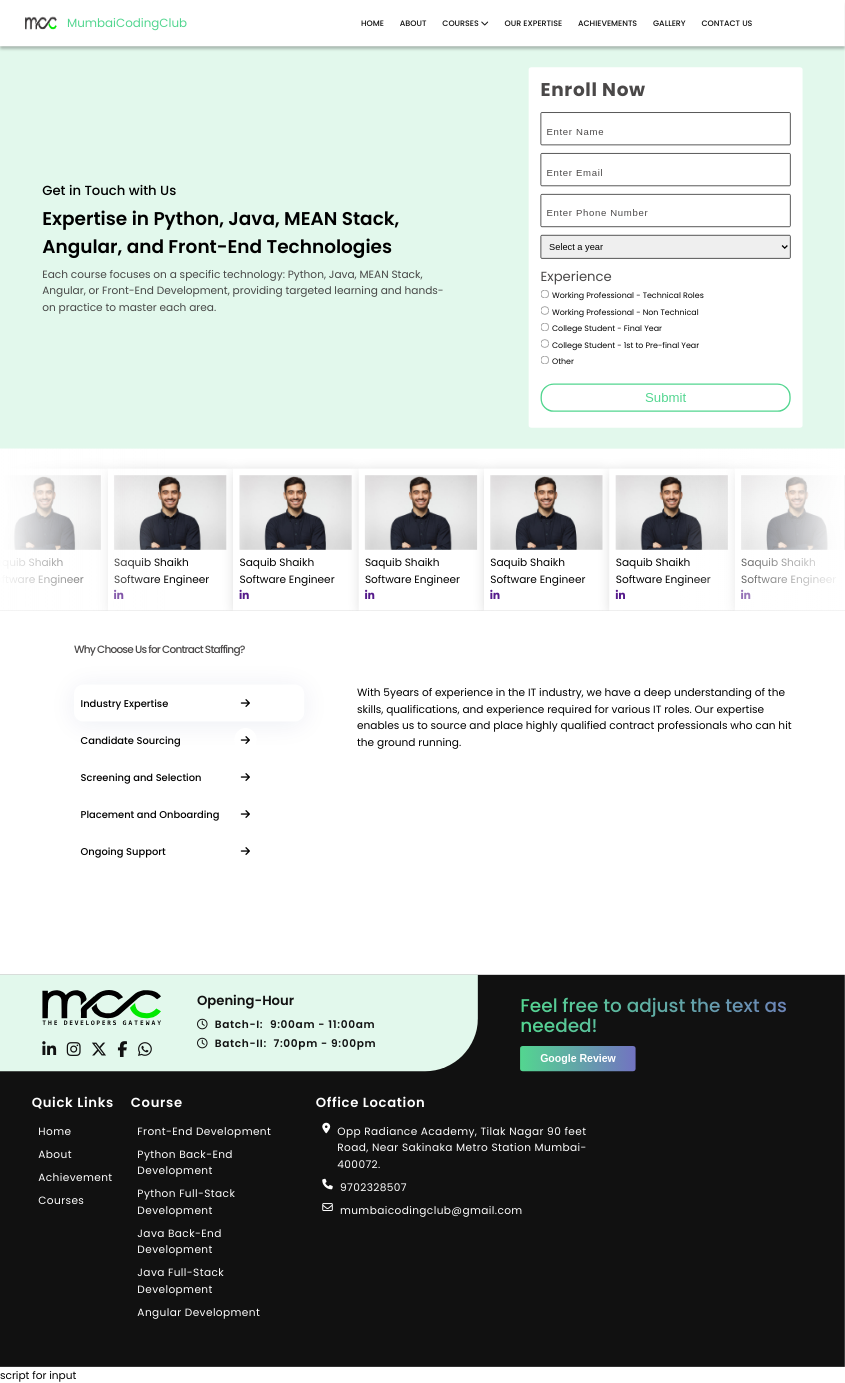
Repository: msmsa2001/mcc-theme
Page: contact.html
These files come from the project's save history. The page is drawn as it stood at one moment and after the next save; the edit follows.
The browser window is 1280 px wide. The pictures show the whole page, at 66% of full size.
Pictures or frames that could not be fetched are drawn as grey boxes.

Above is the page before, as saved 2024-07-26 03:01:02.
Console error: TypeError: Cannot read properties of null (reading 'querySelector')

After the next save:
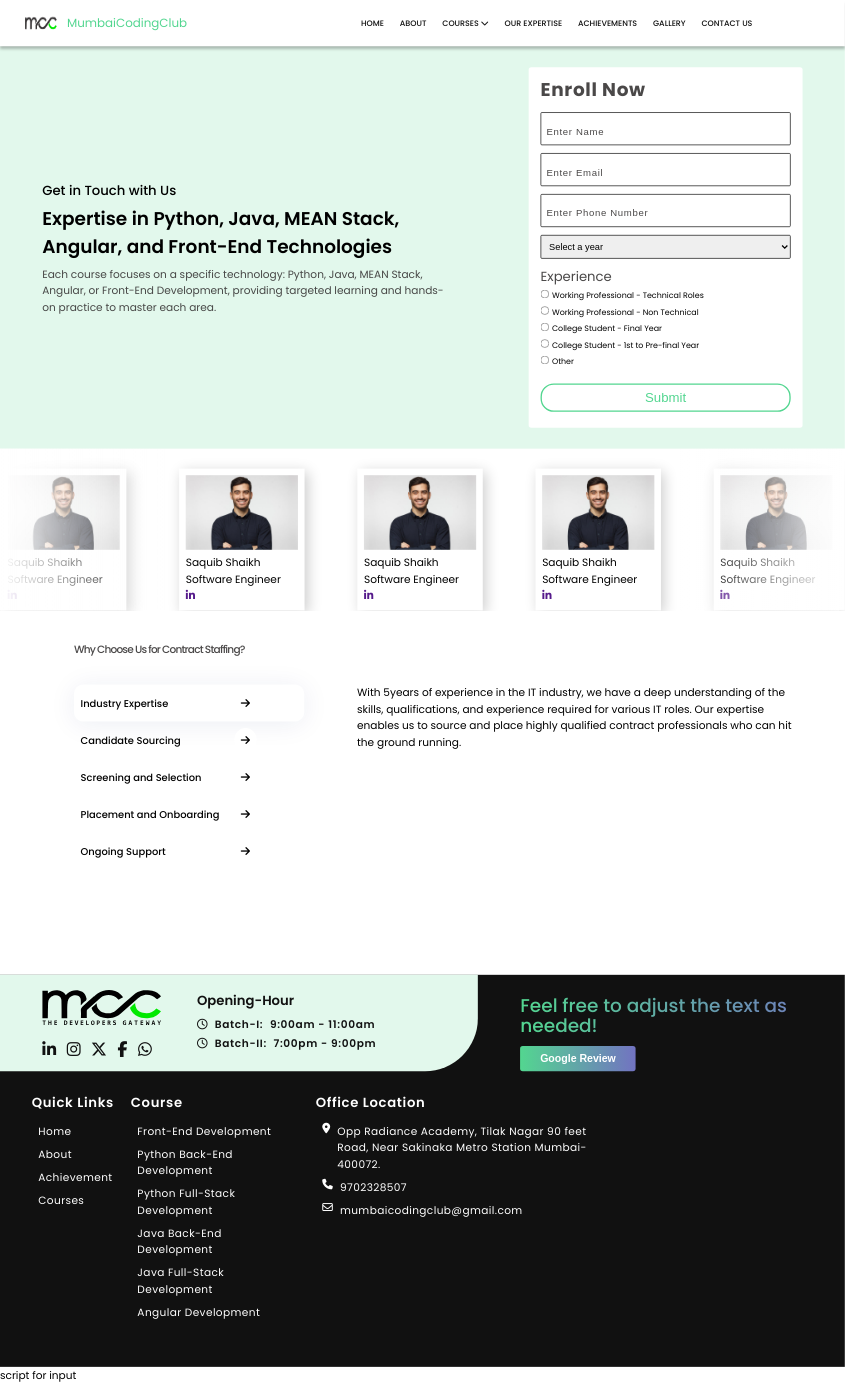
Saved 7 s later.
--- a/contact.css
+++ b/contact.css
@@ -114,7 +114,6 @@ body{
     background: #fff;
     box-shadow: 5px 5px 20px rgba(0, 0, 0, 0.2);
     padding: 10px;
-    margin: 0 0;
 }
 .logos:before,
 .logos:after {
